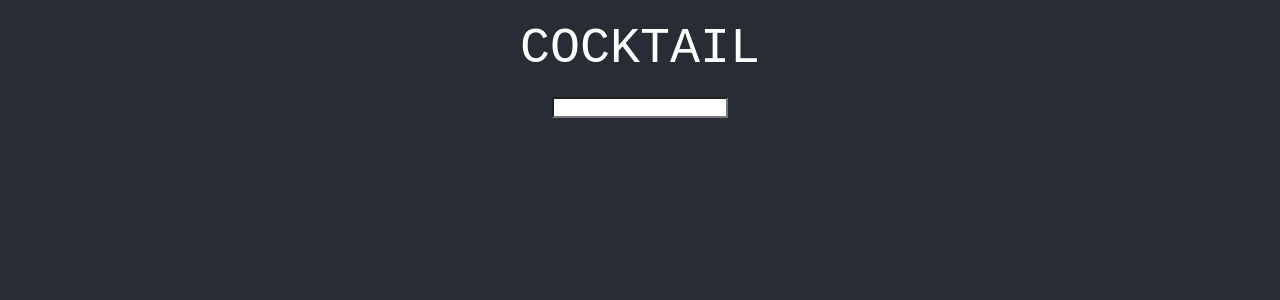
Repository: phunobi1807/coctails
Page: /
The author's editor kept a copy of each file at every save. The page is drawn from the files as they stood at one save, then again after the next save.
The browser window is 1280 px wide. The pictures show the whole page.
The page's requests for data from a server got no answer. The project was rebuilt for these pictures with package versions that can differ from the ones it lists, and the page was loaded fresh each time. No one was signed in, and anything a server would have sent is missing.

Above is the page before, as saved 2021-09-25 13:35:22.

### src/App.js
import React from 'react';
import './App.scss';
import  ListCocktails from "./components/ListCocktails"

function App() {
  return (
    <div className="App">
        <header><span>C</span>OCKTAIL</header>

        <ListCocktails />
    </div>
  );
}

export default App;

### src/App.scss
* {
  background-color: #282c34;
  color: white;
  font-family: 'Courier New', Courier, monospace, sans-serif;
}
.App
{
  header
  {
    font-size: 50px;
    text-align: center;
    margin: 20px 0;
  }
}

### src/components/ListCocktails.js
import axios from "axios";
import React, { Component } from "react";
import "./ListCocktails.scss";
class componentName extends Component {
  state = {
    listCocktail: [],
    name: "",
    loading: false,
  };

  async componentDidMount() {
    let res = await axios.get(
      "https://www.thecocktaildb.com/api/json/v1/1/search.php?s="
    );
    console.log("check data:", res.data.drinks);
    this.setState({
      listCocktail: res.data && res.data.drinks ? res.data.drinks : [],
    });
  }

  render() {
    let { listCocktail, loading } = this.state;
    return (
      <>
       <div className="input">
           <input type="text" />
       </div>
        <div className="container">
            {!loading ? (
              listCocktail.map((item, index) => {
                return (
                  <>
                   <div className="product-cocktail" key={item.id}>
                      <img src={item.strDrinkThumb} alt="" />
                      <p><span>Name cocktail: {item.strDrink}</span></p>
                      <p><span>Use: {item.strInstructions}</span> </p>
                    </div>
                  </>
                );
              })
            ) : (
              <div>Loading...</div>
            )}
        </div>
      </>
    );
  }
}

export default componentName;

### src/components/ListCocktails.scss
.input
{
    text-align: center;
    margin-bottom: 30px;
    input
    {
        background-color: white;
    }
}
.container {
    display: flex;
    justify-content: space-between;
    flex-wrap: wrap;
    padding: 0 10px;

    .product-cocktail {
        max-width: 300px;
        white-space: nowrap;
    text-overflow: ellipsis;
    overflow: hidden;
        img {
            width: 300px;
            height: 200px;
            object-fit: cover;
            border-radius: 5px;
        }
        p {
            span {
                white-space: inherit;
                text-overflow: inherit;
                overflow: inherit;
                color: crimson;
            }
        }
    }
}

Loaded but not shown: public/index.html (common file); src/index.js (common file); src/index.css (common file); src/reportWebVitals.js (common file)

After the next save:
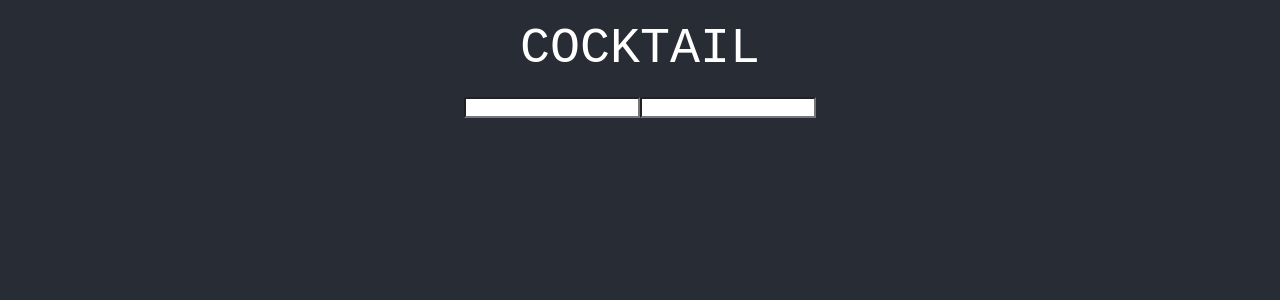
Saved 37 s later.
--- a/src/components/ListCocktails.js
+++ b/src/components/ListCocktails.js
@@ -22,25 +22,32 @@ class componentName extends Component {
     let { listCocktail, loading } = this.state;
     return (
       <>
-       <div className="input">
-           <input type="text" />
-       </div>
+        <div className="input">
+          <form action="">
+            <input type="text" />
+            <input type="subm" />
+          </form>
+        </div>
         <div className="container">
-            {!loading ? (
-              listCocktail.map((item, index) => {
-                return (
-                  <>
-                   <div className="product-cocktail" key={item.id}>
-                      <img src={item.strDrinkThumb} alt="" />
-                      <p><span>Name cocktail: {item.strDrink}</span></p>
-                      <p><span>Use: {item.strInstructions}</span> </p>
-                    </div>
-                  </>
-                );
-              })
-            ) : (
-              <div>Loading...</div>
-            )}
+          {!loading ? (
+            listCocktail.map((item, index) => {
+              return (
+                <>
+                  <div className="product-cocktail" key={item.id}>
+                    <img src={item.strDrinkThumb} alt="" />
+                    <p>
+                      <span>Name cocktail: {item.strDrink}</span>
+                    </p>
+                    <p>
+                      <span>Use: {item.strInstructions}</span>{" "}
+                    </p>
+                  </div>
+                </>
+              );
+            })
+          ) : (
+            <div>Loading...</div>
+          )}
         </div>
       </>
     );
